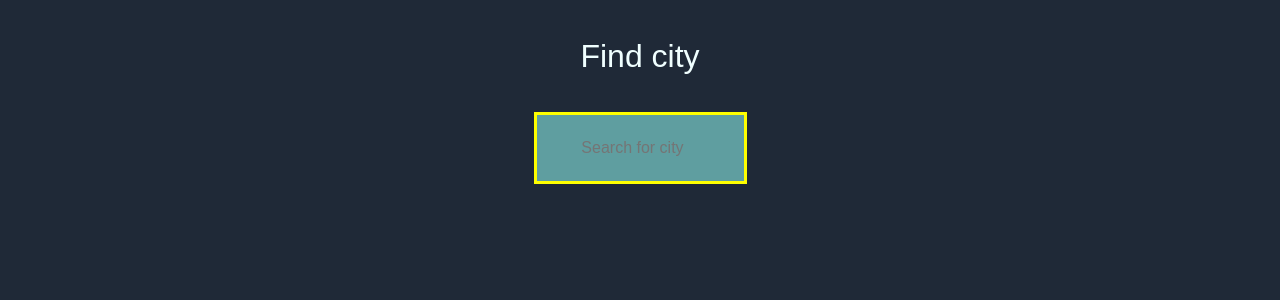
Repository: dung8466/Javascript30
Page: Pratice axios/index.html
These files come from the project's save history. The page is drawn as it stood at one moment and after a run of saves; the edit follows.
The browser window is 1280 px wide. The pictures show the whole page.

Above is the page before, as saved 2022-07-20 16:13:41.

After the next 2 saves:
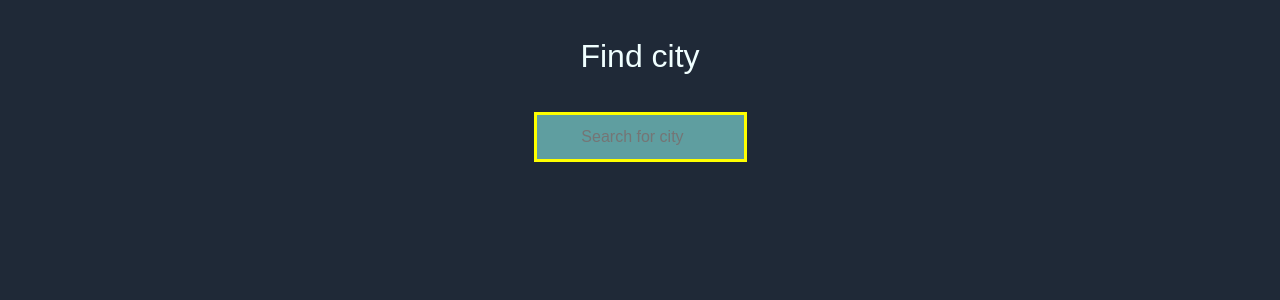
The 2 saves are shown as one change because they came seconds apart.
The last was saved 7 s later.
--- a/Pratice axios/style.css
+++ b/Pratice axios/style.css
@@ -29,5 +29,5 @@ header{
     text-align: center;
     border: 3px solid yellow;
     background-color: cadetblue;
-    min-height: 10vh;
+    min-height: 7vh;
 }
